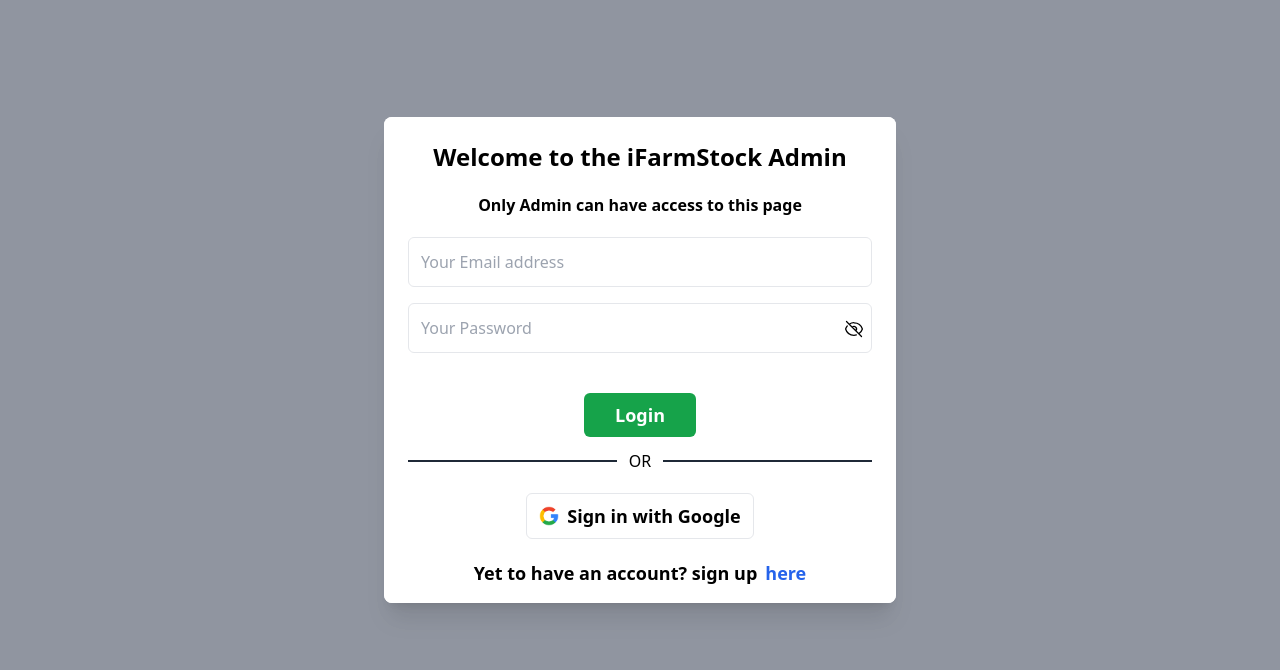
Repository: IssaMuiz/ifarmstock-admin
Page: /
These files come from the project's save history. The page is drawn as it stood at one moment and after the next save; the edit follows.
The browser window is 1280 px wide. The pictures show the whole page.
The project was rebuilt for these pictures with package versions that can differ from the ones it lists, and the page was loaded fresh each time. The framework's server and built-in components were replaced by stand-ins that run in the browser. Also part of the build but not shown: next.config.mjs, components/spinner.tsx.

Above is the page before, as saved 2024-09-29 04:39:26.

### app/layout.tsx
import type { Metadata } from "next";
import localFont from "next/font/local";
import "./globals.css";
import ClientSessionProvider from "../components/clientSessionProvider";


const geistSans = localFont({
  src: "./fonts/GeistVF.woff",
  variable: "--font-geist-sans",
  weight: "100 900",
});
const geistMono = localFont({
  src: "./fonts/GeistMonoVF.woff",
  variable: "--font-geist-mono",
  weight: "100 900",
});

export const metadata: Metadata = {
  title: "iFarmStock-admin",
  description: "Generated by create next app",
};

export default function RootLayout({
  children,
}: Readonly<{
  children: React.ReactNode;
}>) {
  return (
    <html lang="en">
      <body
        className={`${geistSans.variable} ${geistMono.variable} antialiased`}
      >
        <ClientSessionProvider>{children}</ClientSessionProvider>
      </body>
    </html>
  );
}

### app/page.tsx
/* eslint-disable @typescript-eslint/no-explicit-any */
"use client";
import React from "react";
import { signIn } from "next-auth/react";
import { useRouter, useSearchParams } from "next/navigation";
import { useState, useEffect } from "react";
import Link from "next/link";
import Spinner from "@/components/spinner";
import Image from "next/image";

const errorMessages: { [key: string]: string } = {
  CredentialsSignin: "Invalid email or password",
  "User does not exist": "User does not exist",
  "Invalid password": "Invalid password",
};

const Login = () => {
  const [loading, setLoading] = useState(false);
  const [error, setError] = useState<string | null>(null);
  const [showPassword, setShowPassword] = useState(false);
  const [user, setUser] = useState({
    email: "",
    password: "",
  });

  const router = useRouter();

  const searchParams = useSearchParams();

  useEffect(() => {
    const authError = searchParams.get("error");
    if (authError) {
      setError(errorMessages[authError] || "Unknown error occured");
    }
  }, [searchParams]);

  const toggleShowPassword = () => {
    setShowPassword((prev) => !prev);
  };

  const handleInputChange = (e: any) => {
    const { name, value } = e.target;
    setError("");
    return setUser((prevInfo) => ({ ...prevInfo, [name]: value }));
  };

  const handleSubmit = async (e: any) => {
    e.preventDefault();
    setLoading(true);
    try {
      if (!user.email || !user.password) {
        setError("Please fill the required fields");
        return;
      }

      const emailRegex = /^([a-zA-Z0-9._%-]+@[a-zA-Z0-9.-]+\.[a-zA-Z]{2,})$/;
      if (!emailRegex.test(user.email)) {
        setError("Invalid email id");
        return;
      }

      const res = await signIn("credentials", {
        email: user.email,
        password: user.password,
        redirect: false,
      });

      if (res?.error) {
        setError(res.error);
      } else {
        router.push("/dashboard");
      }
    } catch (error: any) {
      console.log(error);
    } finally {
      setLoading(false);
      setUser({
        email: "",
        password: "",
      });
    }
  };

  return (
    <main>
      <div
        className="relative z-10"
        aria-labelledby="modal-title"
        role="dialog"
        aria-modal="true"
      >
        <div
          className="fixed inset-0 bg-gray-500 bg-opacity-75 transition-opacity"
          aria-hidden="true"
        ></div>

        <div className="fixed inset-0 z-10 w-screen overflow-y-auto">
          <div className="flex min-h-full items-center justify-center p-4 text-center sm:items-center sm:p-0">
            <div className="relative transform overflow-hidden rounded-lg bg-white text-left shadow-xl transition-all sm:my-8 sm:w-full sm:max-w-lg">
              <div className="bg-white px-4 pb-4 pt-5 sm:p-6 sm:pb-4 flex flex-col ">
                <h1 className="text-2xl font-bold mb-5 text-center">
                  Welcome to the iFarmStock Admin
                </h1>
                <p className="text-md font-semibold mb-5 text-center">
                  Only Admin can have access to this page
                </p>

                <form
                  className="flex flex-col gap-4"
                  onSubmit={handleSubmit}
                  action=""
                >
                  <input
                    className="border p-3 w-full rounded-md"
                    onChange={handleInputChange}
                    name="email"
                    value={user.email}
                    type="email"
                    placeholder="Your Email address"
                  />
                  <div className="relative">
                    <input
                      className="border p-3 w-full rounded-md"
                      onChange={handleInputChange}
                      name="password"
                      value={user.password}
                      type={showPassword ? "text" : "password"}
                      placeholder="Your Password"
                    />
                    <button
                      type="button"
                      onClick={toggleShowPassword}
                      className="absolute right-2 top-4"
                    >
                      {" "}
                      {showPassword ? (
                        <svg
                          xmlns="http://www.w3.org/2000/svg"
                          fill="none"
                          viewBox="0 0 24 24"
                          strokeWidth="1.5"
                          stroke="currentColor"
                          className="size-5"
                        >
                          <path
                            strokeLinecap="round"
                            stroke-linejoin="round"
                            d="M2.036 12.322a1.012 1.012 0 0 1 0-.639C3.423 7.51 7.36 4.5 12 4.5c4.638 0 8.573 3.007 9.963 7.178.07.207.07.431 0 .639C20.577 16.49 16.64 19.5 12 19.5c-4.638 0-8.573-3.007-9.963-7.178Z"
                          />
                          <path
                            strokeLinecap="round"
                            strokeLinejoin="round"
                            d="M15 12a3 3 0 1 1-6 0 3 3 0 0 1 6 0Z"
                          />
                        </svg>
                      ) : (
                        <svg
                          xmlns="http://www.w3.org/2000/svg"
                          fill="none"
                          viewBox="0 0 24 24"
                          strokeWidth="1.5"
                          stroke="currentColor"
                          className="size-5"
                        >
                          <path
                            strokeLinecap="round"
                            strokeLinejoin="round"
                            d="M3.98 8.223A10.477 10.477 0 0 0 1.934 12C3.226 16.338 7.244 19.5 12 19.5c.993 0 1.953-.138 2.863-.395M6.228 6.228A10.451 10.451 0 0 1 12 4.5c4.756 0 8.773 3.162 10.065 7.498a10.522 10.522 0 0 1-4.293 5.774M6.228 6.228 3 3m3.228 3.228 3.65 3.65m7.894 7.894L21 21m-3.228-3.228-3.65-3.65m0 0a3 3 0 1 0-4.243-4.243m4.242 4.242L9.88 9.88"
                          />
                        </svg>
                      )}
                    </button>
                  </div>
                  <div className="text-center">
                    {error && <p className="text-red-500"> {error}</p>}
                  </div>
                  <div className="mx-auto">
                    <button
                      type="submit"
                      className="bg-green-600 w-28 h-11 text-white text-lg rounded-md font-semibold mt-2 hover:bg-green-700  px-3 hover:shadow-lg"
                    >
                      {loading ? <Spinner /> : "Login"}
                    </button>
                  </div>
                </form>
                <div className="flex justify-center items-center w-full gap-3 py-3">
                  <hr className="border border-gray-800 w-full"></hr>
                  <div className="">OR</div>
                  <hr className="border border-gray-800 w-full"></hr>
                </div>
                <div
                  onClick={() => signIn("google")}
                  className=" w-max p-2 text-black border text-lg rounded-md cursor-pointer flex gap-2 items-center font-semibold mx-auto mt-2 hover:bg-green-500 hover:text-white  px-3 hover:shadow-lg"
                >
                  <Image
                    src="/assets/images/google-image.png"
                    alt="google-image"
                    height={20}
                    width={20}
                  />
                  <span>Sign in with Google</span>
                </div>
                <div className="text-center font-semibold text-lg mt-5">
                  Yet to have an account? sign up
                  <Link
                    href="/signup"
                    className="text-blue-600 ml-2 hover:underline"
                  >
                    here
                  </Link>
                </div>
              </div>
            </div>
          </div>
        </div>
      </div>
    </main>
  );
};

export default Login;

### components/clientSessionProvider.tsx
"use client";

import { SessionProvider } from "next-auth/react";
import { ReactNode } from "react";

export default function ClientSessionProvider({
  children,
}: {
  children: ReactNode;
}) {
  return <SessionProvider>{children}</SessionProvider>;
}

Loaded but not shown: app/globals.css (common file); tailwind.config.ts (common file)

After the next save:
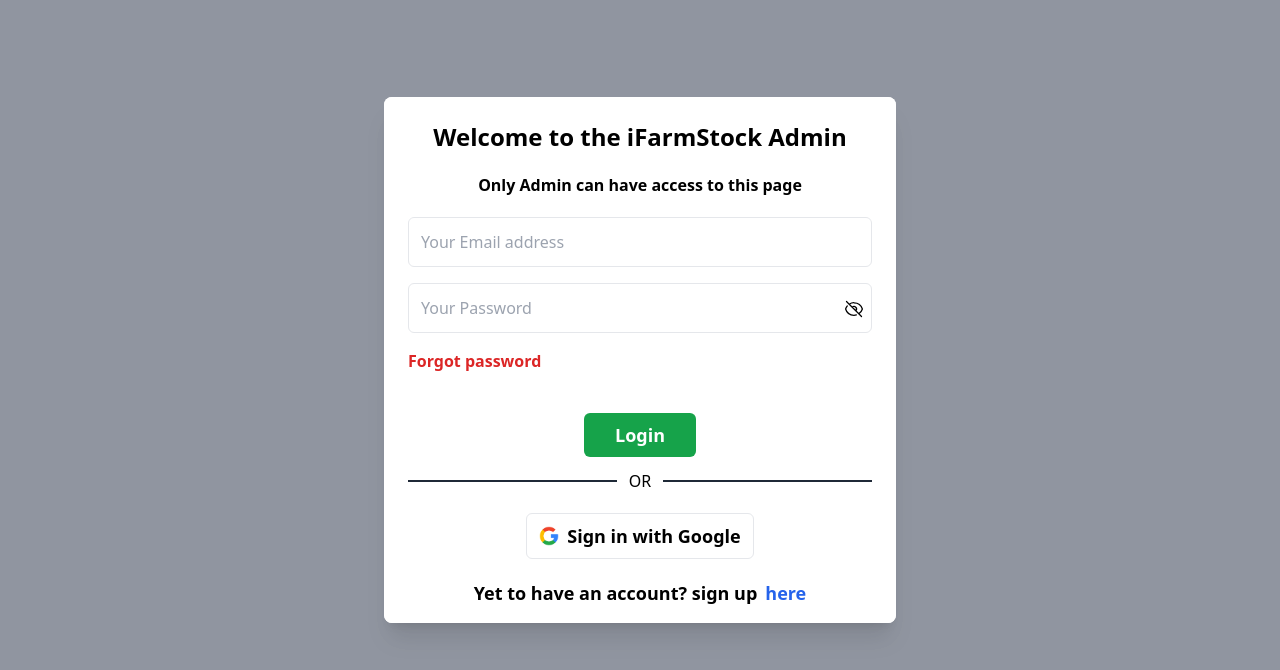
Saved 4 min 36 s later.
--- a/app/page.tsx
+++ b/app/page.tsx
@@ -171,6 +171,12 @@
                       )}
                     </button>
                   </div>
+                  <Link
+                    href="/forgot-password"
+                    className="text-red-600 font-semibold"
+                  >
+                    Forgot password
+                  </Link>
                   <div className="text-center">
                     {error && <p className="text-red-500"> {error}</p>}
                   </div>
